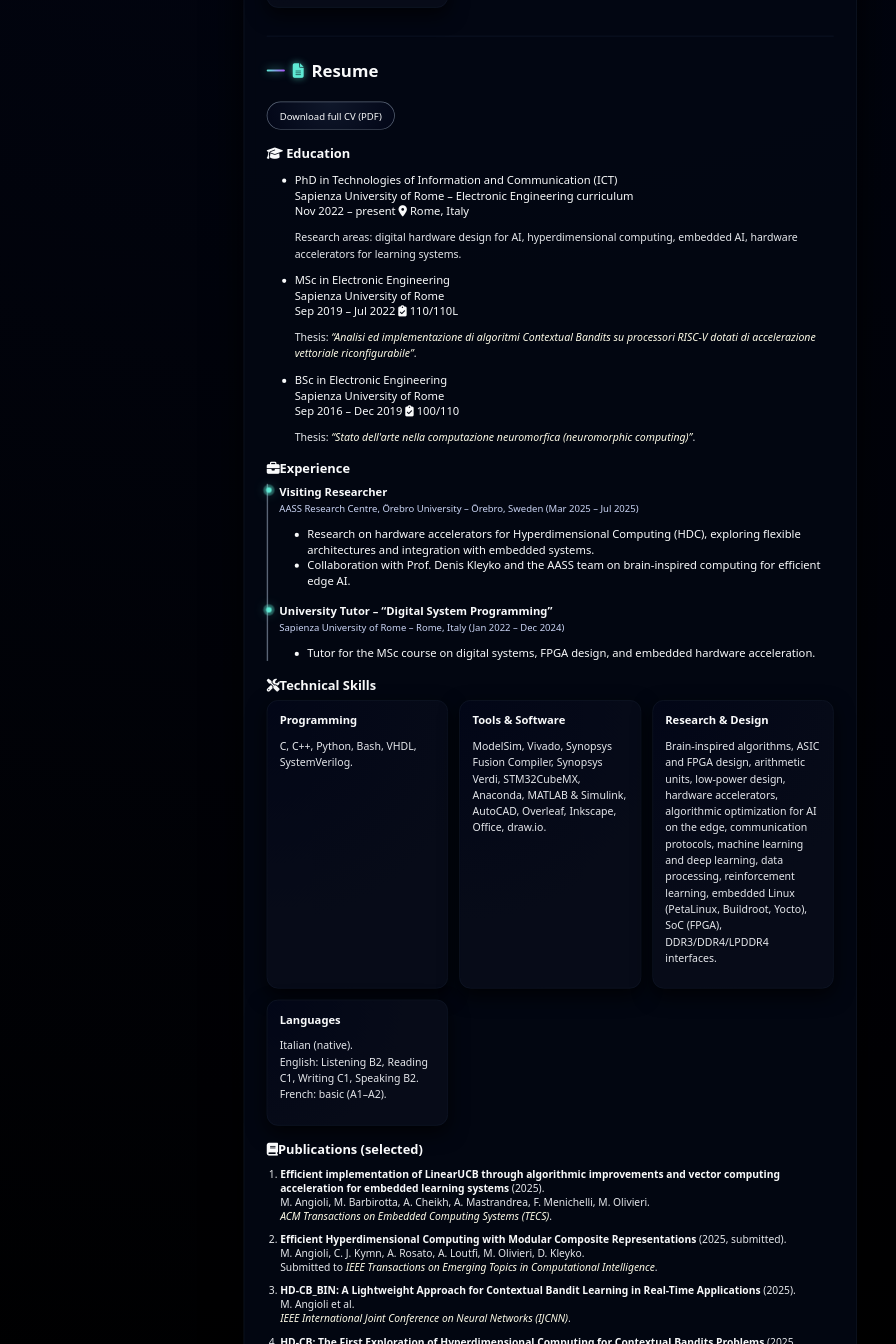
Repository: MarcoAngioli/Portfolio
Page: index.html
These files come from the project's save history. The page is drawn as it stood at one moment and after the next save; the edit follows.
The browser window is 1280 px wide. The pictures show the part of the page from y = 1223 to 3143 px (the page is 6123 px tall before and 6145 px after), at 70% of full size.

Above is the page before, as saved 2025-11-21 14:50:53.

After the next save:
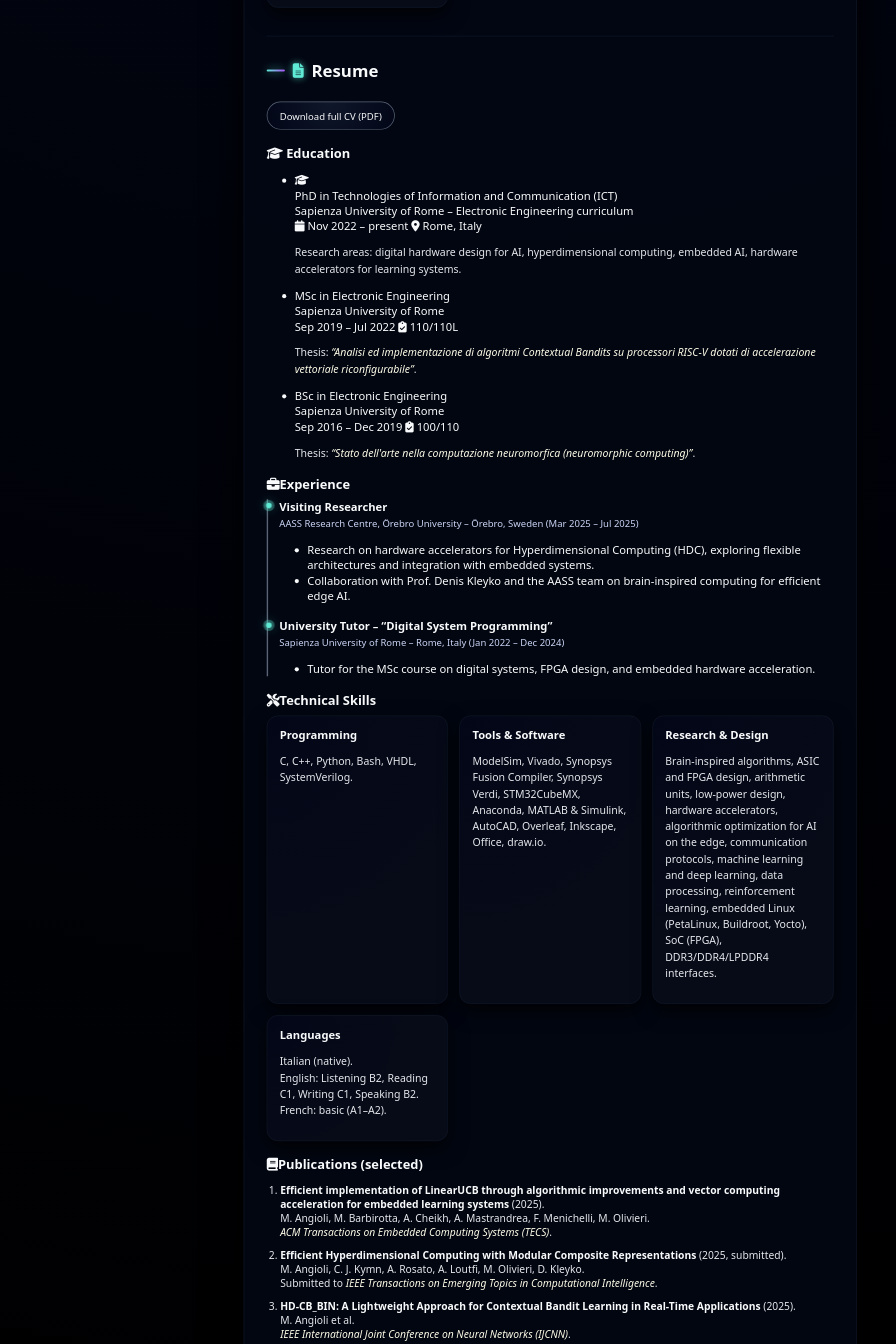
Saved 19 s later.
--- a/index.html
+++ b/index.html
@@ -163,21 +163,28 @@
 
         <h3><i class="fa-solid fa-graduation-cap section-icon"></i> Education</h3>
 <ul class="edu-list">
-  <li class="edu-item">
-    <div class="edu-header">
-      <div>
-        <div class="edu-degree">PhD in Technologies of Information and Communication (ICT)</div>
-        <div class="edu-inst">Sapienza University of Rome – Electronic Engineering curriculum</div>
+  <li class="edu-item phd-highlight">
+    <div class="edu-icon">
+      <i class="fa-solid fa-graduation-cap"></i>
+    </div>
+    <div class="edu-content">
+      <div class="edu-header">
+        <div>
+          <div class="edu-degree">
+            <span class="degree-badge">PhD</span> in Technologies of Information and Communication (ICT)
+          </div>
+          <div class="edu-inst">Sapienza University of Rome – Electronic Engineering curriculum</div>
+        </div>
+        <div class="edu-meta">
+          <span class="edu-date"><i class="fa-solid fa-calendar"></i> Nov 2022 – present</span>
+          <span class="edu-location"><i class="fa-solid fa-location-dot"></i> Rome, Italy</span>
+        </div>
       </div>
-      <div class="edu-meta">
-        <span class="edu-date">Nov 2022 – present</span>
-        <span class="edu-location"><i class="fa-solid fa-location-dot"></i> Rome, Italy</span>
-      </div>
+      <p class="edu-note">
+        Research areas: digital hardware design for AI, hyperdimensional computing,
+        embedded AI, hardware accelerators for learning systems.
+      </p>
     </div>
-    <p class="edu-note">
-      Research areas: digital hardware design for AI, hyperdimensional computing,
-      embedded AI, hardware accelerators for learning systems.
-    </p>
   </li>
 
   <li class="edu-item">
